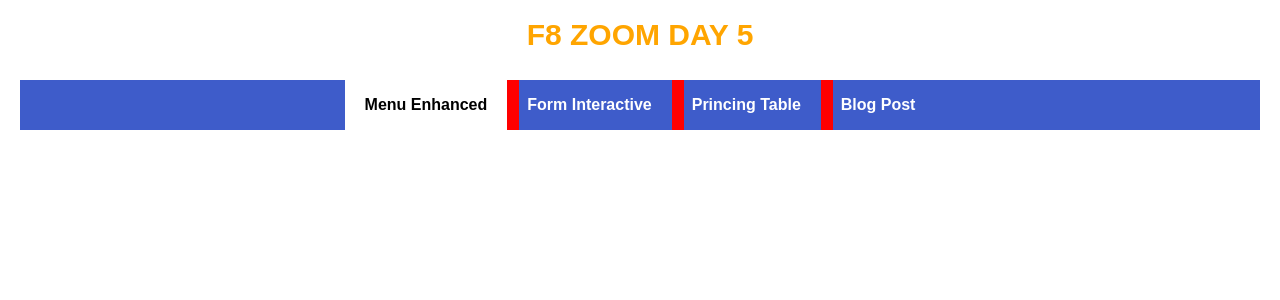
Repository: lannguyen1301/f8-zoom-day-5
Page: index.html
The author's editor kept a copy of each file at every save. The page is drawn from the files as they stood at one save, then again after the next save.
The browser window is 1280 px wide. The pictures show the whole page.

Above is the page before, as saved 2025-04-21 19:21:53.

### index.html
<!DOCTYPE html>
<html lang="en">

<head>
    <meta charset="UTF-8">
    <meta name="viewport" content="width=device-width, initial-scale=1.0">
    <title>F8 ZOOM DAY 5</title>
    <link rel="stylesheet" href="./assets/css/reset.css">
    <link rel="stylesheet" href="./assets/css/style.css">
</head>

<body>
    <div class="inner">
        <h1 class="title-desc">F8 ZOOM DAY 5</h1>
        <nav class="navbar">
            <ul class="navbar__list">
                <li class="navbar__item active">
                    <a href="./menu-enhanced.html" class="navbar__link" target="_blank">Menu Enhanced</a>
                </li>
                <li class="navbar__item">
                    <a href="./form-interactive.html" class="navbar__link" target="_blank">Form Interactive</a>
                </li>
                <li class="navbar__item">
                    <a href="./pricing-table.html" class="navbar__link" target="_blank">Princing Table</a>
                </li>
                <li class="navbar__item">
                    <a href="./blog-post.html" class="navbar__link" target="_blank">Blog Post</a>
                </li>
            </ul>
        </nav>
    </div>
</body>

</html>

### assets/css/style.css
* {
    box-sizing: border-box;
}

html {
    font-size: 62.5%;
}

body {
    font-size: 1.6rem;
    font-family: "poppins", sans-serif;
}

/* common*/
a {
    text-decoration: none;
}

.inner {
    margin: 0 auto;
    padding: 20px;
}

.title-desc {
    font-size: 3rem;
    text-align: center;
    font-weight: 900;
    color: orange;
}

.navbar__list {
    display: flex;
    align-items: center;
    justify-content: center;
    margin-top: 30px;
    background-color: #3e5cca;
}

.navbar__item {
    height: 50px;
}

.navbar__link {
    display: inline-block;
    color: #fff;
    line-height: 50px;
    padding: 0 20px;
    font-weight: 700;
    font-size: 1.6rem;
}

.active,
.navbar__list .navbar__item:hover > .navbar__link {
    background-color: #fff;
    color: #000;
}

.active > a {
    color: #000;
}

.navbar__item .navbar__link:active {
    color: rgb(226, 19, 99) !important;
    background-color: orange !important;
}

.navbar__list .navbar__item:not(:last-child)::after {
    content: "";
    position: absolute;
    display: inline-block;
    width: 2px;
    height: 50px;
    line-height: 50px;
    text-align: center;
    background-color: red;
    padding-right: 10px;
}

/* li:not(:last-child)::after {
    content: "";
    display: inline-block;
    width: 1px;
    height: 20px;
    background-color: red;
    margin-left: 10px;
} */

Loaded but not shown: assets/css/reset.css (common file)

After the next save:
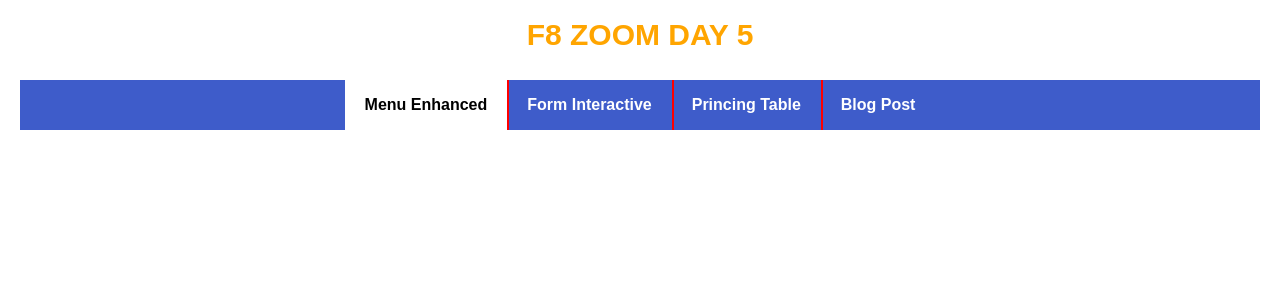
Saved 4 s later.
--- a/assets/css/style.css
+++ b/assets/css/style.css
@@ -73,7 +73,7 @@ a {
     line-height: 50px;
     text-align: center;
     background-color: red;
-    padding-right: 10px;
+    padding-right: ;
 }
 
 /* li:not(:last-child)::after {
